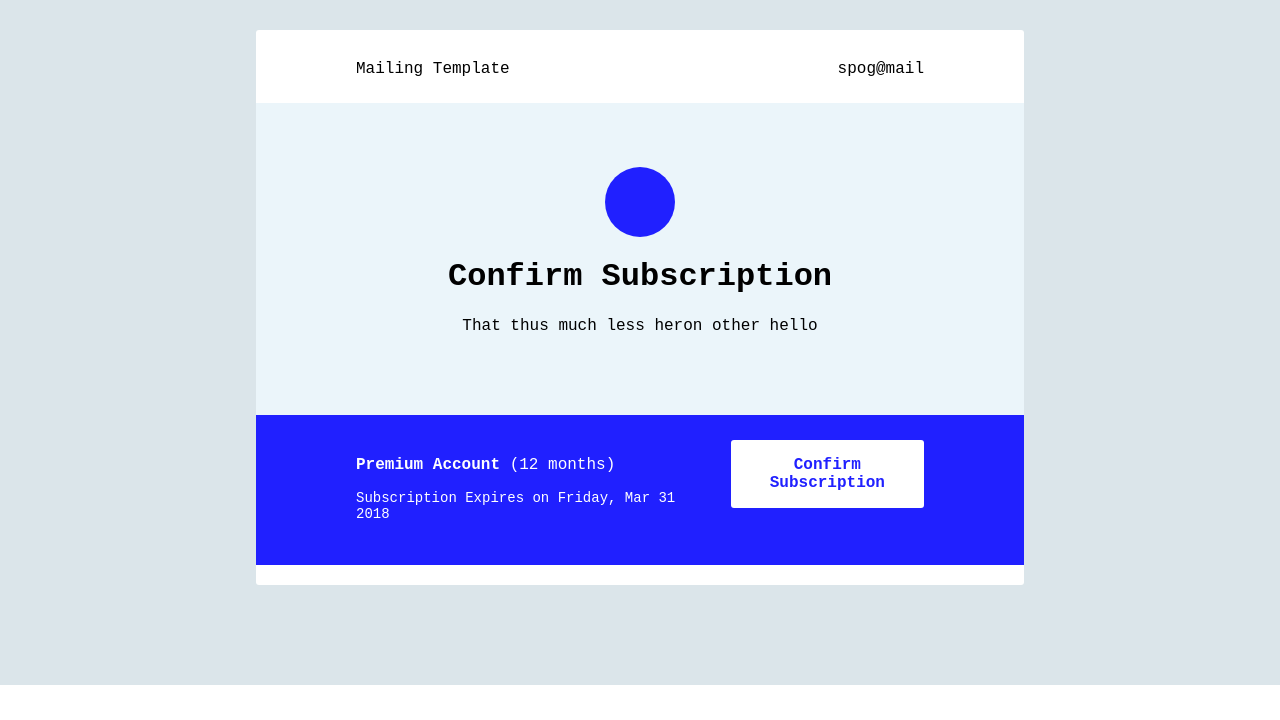
Repository: Lecon-Git/Appmail-Template
Page: mail.html
The author's editor kept a copy of each file at every save. The page is drawn from the files as they stood at one save, then again after the next save.
The browser window is 1280 px wide. The pictures show the whole page.

Above is the page before, as saved 2021-11-01 22:00:49.

After the next save:
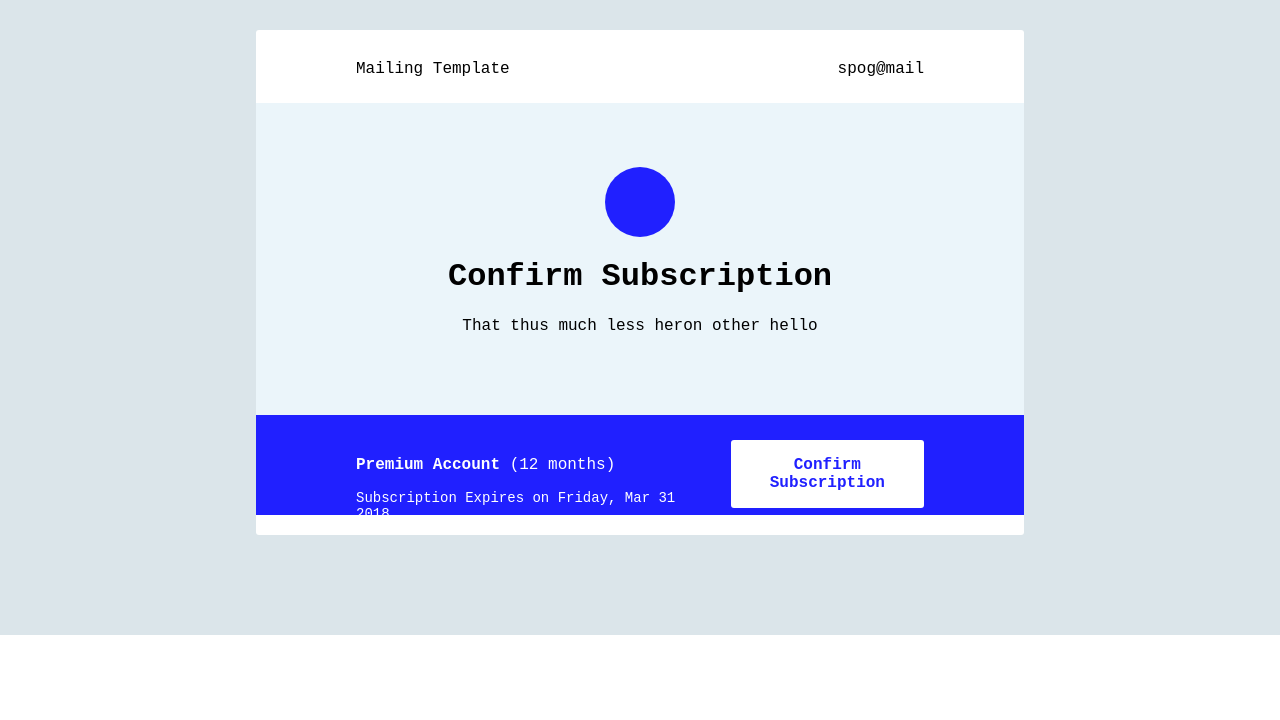
Saved 8 s later.
--- a/css/mail.css
+++ b/css/mail.css
@@ -47,7 +47,7 @@ body {
 }
 
 .premium {
-    height: 150px;
+    height: 100px;
     background-color: #2020ff;
     color: #fff;
     display: flex;
